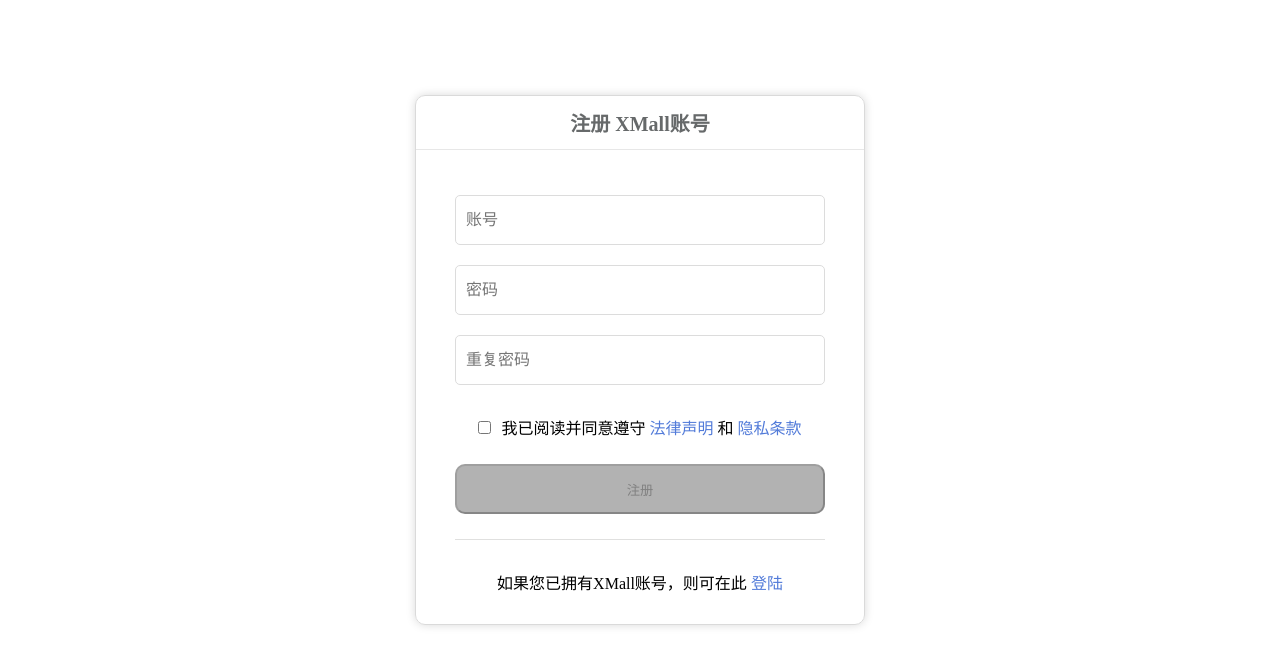
Repository: dingqihui1997/xmall-demo
Page: /register
The author's editor kept a copy of each file at every save. The page is drawn from the files as they stood at one save, then again after the next save.
The browser window is 1280 px wide. The pictures show the whole page.
The project was rebuilt for these pictures with package versions that can differ from the ones it lists, and the page was loaded fresh each time. Also part of the build but not shown: vue.config.js, src/views/Home.vue.

Above is the page before, as saved 2021-06-29 16:16:55.

### src/main.js
import Vue from 'vue'
import App from './App.vue'
import router from './router'
import store from './store'
import ElementUI from 'element-ui';
import 'element-ui/lib/theme-chalk/index.css';
Vue.use(ElementUI);
Vue.config.productionTip = false

new Vue({
  router,
  store,
  render: h => h(App)
}).$mount('#app')

### src/App.vue
<template>
  <div id="app">
    <router-view />
  </div>
</template>

<style lang="scss">
@import "./styles/common";
@import "./styles/ui";
</style>

### src/router/index.js
import Vue from 'vue'
import VueRouter from 'vue-router'
import Home from '../views/Home.vue'

Vue.use(VueRouter)

const routes = [
  {
    path: '/',
    name: 'Home',
    component: Home
  },
  {//登录
    path: '/signin',
    name: 'Signin',
    component: () => import('../components/signin/Signin.vue')
  },
  {//注册
    path: '/register',
    name: 'Register',
    component: () => import('../components/register/Register.vue')
  },


]

const router = new VueRouter({
  mode: 'history',
  base: process.env.BASE_URL,
  routes
})

export default router

### src/styles/common.scss
 * {
     margin: 0;
     padding: 0;
 }

 .center {
     margin: auto;
     position: absolute;
     top: 0;
     bottom: 0;
     left: 0;
     right: 0;
 }

 * {
     box-sizing: border-box;
 }

 .wi100 {
     width: 100%;
 }

 .hei100 {
     height: 100%;
 }

 .pflex {
     position: fixed;
     /* 固定定位 */
 }

 .flex {
     display: flex;
 }

 .flex-wrap {
     /* 子元素换行排列 */
     display: flex;
     flex-wrap: wrap;
     align-items: center;
 }

 .flex-j {
     display: flex;
     justify-content: center;
     /* 水平方向居中 */
 }

 .flex-a {
     display: flex;
     align-items: center;
     /* 垂直方向居中 */
 }

 .flex-ja {
     /* felx-ja 垂直水平方向居中 */
     display: flex;
     align-items: center;
     justify-content: center;
 }

 .flex-sb {
     /* flex-sb 子元素两边排列 */
     display: flex;
     justify-content: space-between;
 }

 .flex-sba {
     /* flex-sb 子元素两边排列 bing居中 */
     display: flex;
     justify-content: space-between;
     align-items: center;
 }

 .flex-d {
     /* z子元素竖向排列 */
     display: flex;
     flex-direction: column;
 }

 .flex-di {
     /* 子元素竖向排列并居中 */
     display: flex;
     flex-direction: column;
     align-items: center;
 }

 .flex-dj {
     /* 子元素竖向排列并居中 */
     display: flex;
     flex-direction: column;
 }

 .flex-dji {
     /* 子元素竖向排列并水平垂直居中 */
     display: flex;
     flex-direction: column;
     align-items: center;
     justify-content: center;
 }

 .pad-t10 {
     padding-top: 10px;
 }

 .pad-t15 {
     padding-top: 15px;
 }

 .margin-r55 {
     margin-right: 55px;
 }

 .marginauto {
     margin: 0 auto;
 }

 .img100 {
     width: 100%;
     height: 100%;
 }

 .img50 {
     width: 50%;
     height: 50%;
 }

 .imgh100 {
     height: 100%;
 }

 .img45 {
     width: 45%;
     height: 45%;
 }

 .img80 {
     width: 80%;
     height: 80%;
 }

 .font20 {
     font-size: 20px;
 }

 .font18 {
     font-size: 18px;
 }

 .font16 {
     font-size: 16px;
 }

 .font14 {
     font-size: 14px;
 }

 .font12 {
     font-size: 12px;
 }

 .flex1 {
     flex: 1;
 }

 .flex2 {
     flex: 1.5;
 }

 .color30 {
     color: #000000;
 }

 .color3f {
     /* 白色 */
     color: #fff;
 }

 .margin-t10 {
     margin-top: 10px;
 }

 .margin-t5 {
     margin-top: 5px;
 }

 .margin-t20 {
     margin-top: 20px;
 }

 .margin-r5 {
     margin-right: 5px;
 }

 .margin-r15 {
     margin-right: 15px;
 }

 .margin-r10 {
     margin-right: 10px;
 }

 .margin-r20 {
     margin-right: 20px;
 }

 .margin-r30 {
     margin-right: 30px;
 }

 .margin-l10 {
     margin-left: 10px;
 }

 .margin-l20 {
     margin-left: 20px;
 }

 .margin-b10 {
     margin-bottom: 10px;
 }

 .text-de {
     /* 有下划线 */
     text-decoration: underline;
 }

 .text-li {
     text-decoration: line-through;
     /* 删除线 */
 }

 .font-w7 {
     /* 加粗 */
     font-weight: 700;
 }

 .fontstyle-i {
     /* 斜体 */
     font-style: italic;
 }

 .shuoming {
     position: relative;
     top: 55px
 }

 .textr {
     text-align: right;
 }

### src/styles/ui.scss
.login {
    .el-input__inner {
        width: 370px;
        height: 50px;
    }

    .el-input__suffix {
        position: absolute;
        right: 50px;
    }

    .el-input {
        position: relative;
    }
}

### src/components/register/Register.vue
<template>
  <div class="one">
    <div class="box center flex-d login">
      <div class="top flex-ja">注册 XMall账号</div>
      <!-- 账号 -->
      <div class="flex-ja name">
        <input type="text" placeholder="账号" class="ipt" v-model="username" />
      </div>
      <!-- 密码 -->
      <div class="flex-ja name">
        <input
          type="password"
          placeholder="密码"
          class="ipt"
          v-model="password"
        />
      </div>
      <!-- 重复密码 -->
      <div class="flex-ja name">
        <input
          type="password"
          placeholder="重复密码"
          class="ipt"
          v-model="Repeat"
        />
      </div>
      <div class="flex-ja choice">
        <input type="checkbox" class="inpt" />
        我已阅读并同意遵守<span>&nbsp;法律声明&nbsp;</span>和<span
          >&nbsp;隐私条款</span
        >
      </div>
      <div class="flex-ja regis">
        <!-- 动态绑定属性，最先是true禁用状态 -->
        <button :disabled="flag" :class="{ back: flag === true }">注册</button>
      </div>
      <div class="flex-ja">
        <div class="bottom flex-ja">
          如果您已拥有XMall账号，则可在此<span>&nbsp;登陆</span>
        </div>
      </div>
    </div>
  </div>
</template>

<script>
export default {
  name: "",
  props: {},
  data() {
    return {
      username: "",
      password: "",
      Repeat: "",
      flag: true,
    };
  },
  components: {},
  methods: {},
  mounted() {},
  computed: {},
  watch: {
    username(val) {
      this.username = val;
    },
    password(val) {
      this.password = val;
    },
    Repeat(val) {
      //账号和密码都输入了内容后，然后就不禁用button
      this.Repeat = val;
      if (this.username !== "" && this.password !== "" && val !== "") {
        this.flag = false;
        console.log(val);
      }
    },
  },
};
</script>

<style lang='scss' scoped>
.box {
  width: 450px;
  height: 530px;
  border: 1px solid #dadada;
  border-radius: 10px;
  box-shadow: 0 0 10px #dadada;
}
.one {
  height: 100vh;
}
.top {
  height: 60px;
  border-bottom: 1px solid #e7e7e7;
  font-size: 20px;
  color: #66696a;
  font-weight: 700;
  margin-bottom: 35px;
}
.ipt {
  width: 370px;
  height: 50px;
  outline: none;
  border: 1px #dcdcdc solid;
  border-radius: 5px;
  padding-left: 10px;
  font-size: 16px;
}
button {
  margin: 25px 0px;
  width: 370px;
  height: 50px;
  border-radius: 10px;
}
span {
  color: #527bd9;
}

.name {
  margin-top: 10px;
  margin-bottom: 10px;
  text-align: center;
}
.choice {
  margin-top: 20px;
}
.regis {
  padding: 0 35px;
}
.inpt {
  margin-right: 10px;
}
.bottom {
  width: 370px;
  border-top: 1px #e0e0df solid;
  padding: 30px 0;
}
.back {
  background-color: #b2b2b2;
}
</style>

Loaded but not shown: public/index.html (common file); src/store/index.js (common file)

After the next save:
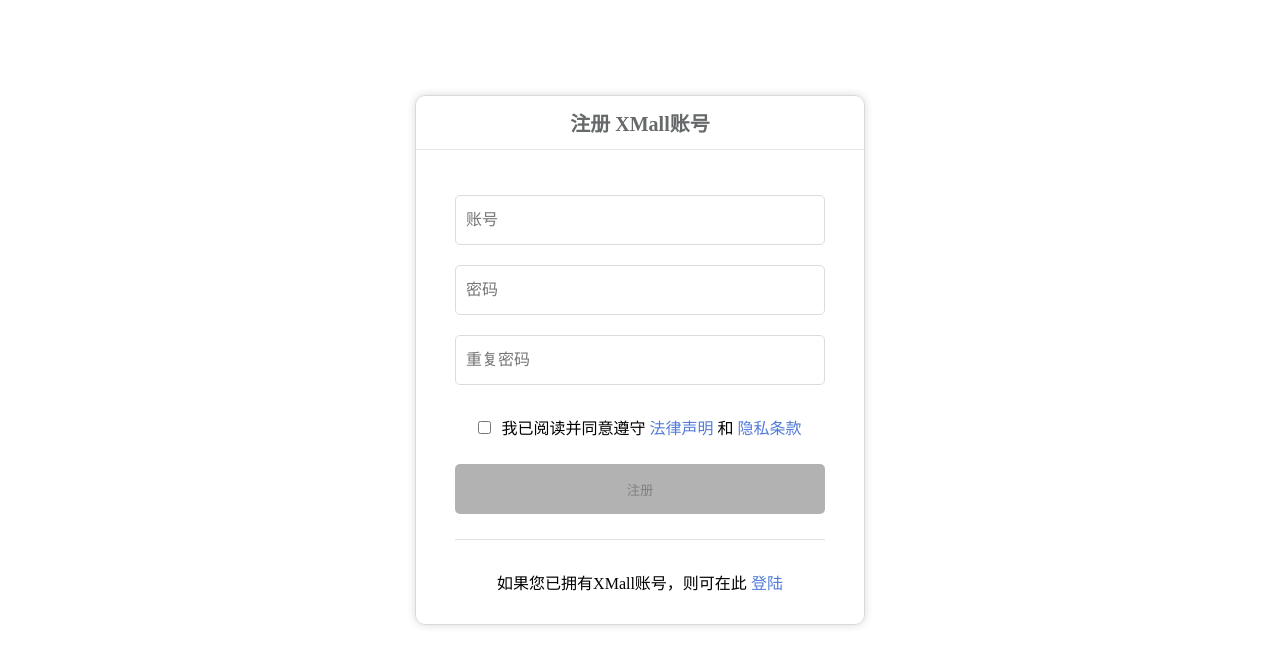
Saved 26 s later.
--- a/src/components/register/Register.vue
+++ b/src/components/register/Register.vue
@@ -110,7 +110,8 @@
   margin: 25px 0px;
   width: 370px;
   height: 50px;
-  border-radius: 10px;
+  border-radius: 5px;
+  border: none;
 }
 span {
   color: #527bd9;
